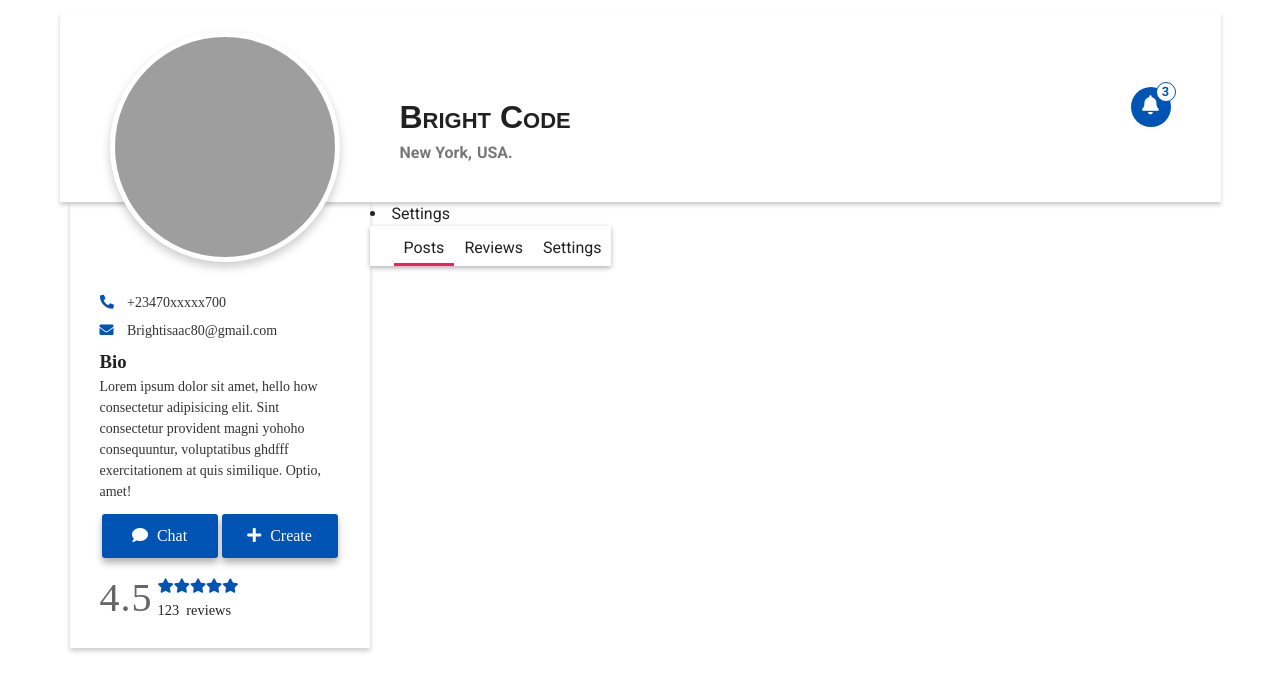
Repository: akinsikuoluwafemi/Pats_userAuth
Page: /userinfo
An editor plug-in stored every save of this project. The page is shown before and after the next save, followed by the edit.
The browser window is 1280 px wide. The pictures show the whole page.
Pictures or frames that could not be fetched are drawn as grey boxes. The project was rebuilt for these pictures with package versions that can differ from the ones it lists, and the page was loaded fresh each time. Also part of the build but not shown: vue.config.js, src/views/Home.vue, src/components/Login.vue, src/components/Signup.vue.

Above is the page before, as saved 2020-11-05 01:44:18.

After the next save:
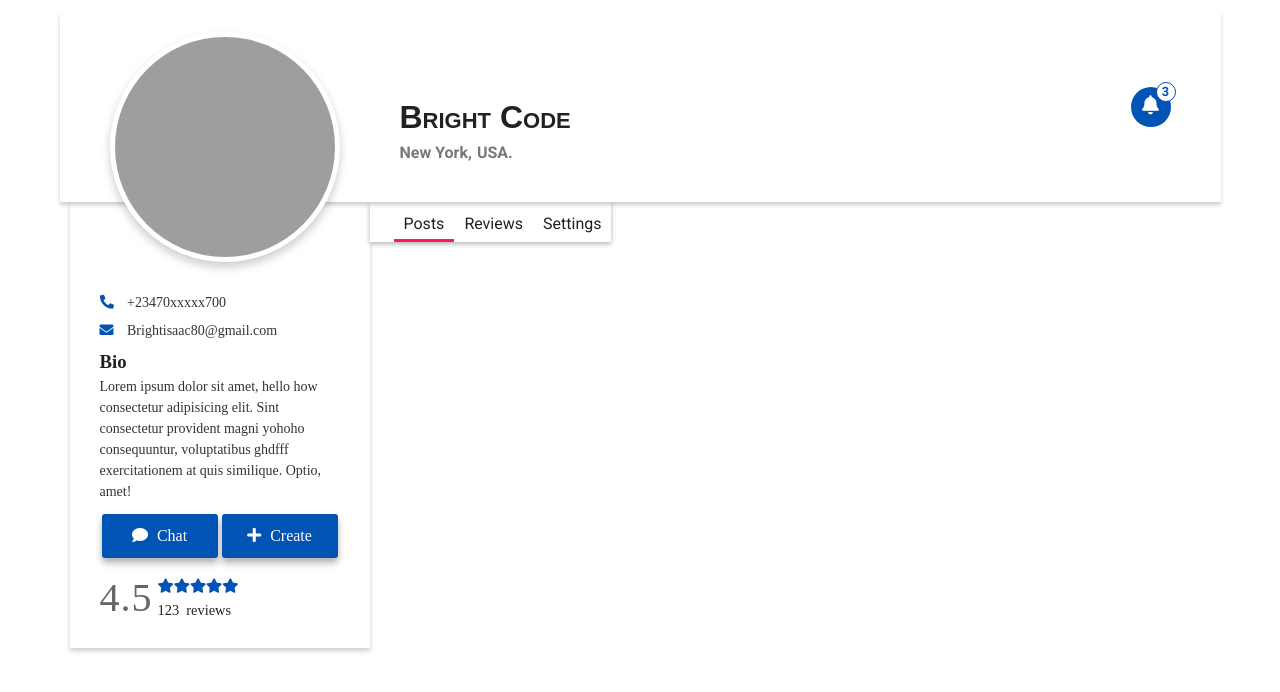
Saved 6 s later.
--- a/src/components/UserInfo.vue
+++ b/src/components/UserInfo.vue
@@ -55,7 +55,6 @@
 
     </div>
     <div class="right-side">
-        <li onclick="tabs(2)" class="user-setting"> Settings</li>
 
       <div class="nav">
         <ul>
